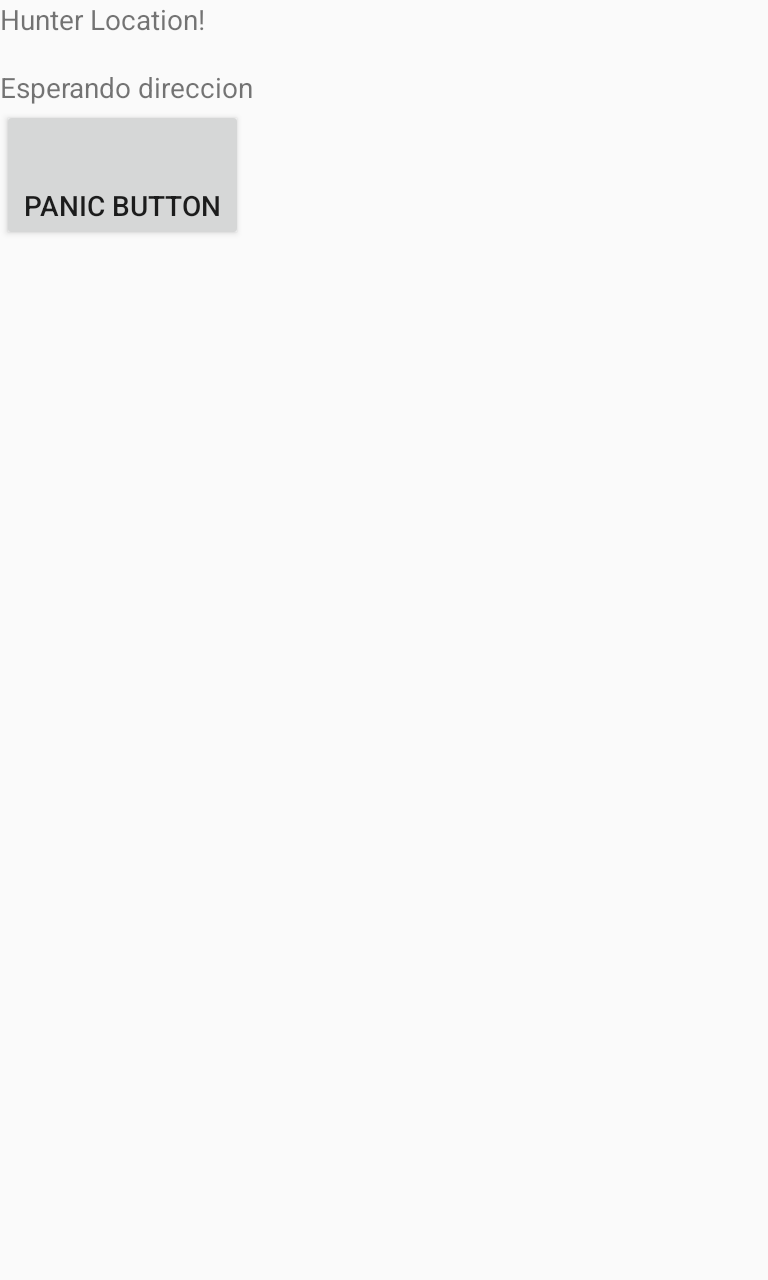
Repository: aludena18/android_apps
Layout: AlarmServiceLocation/res/layout/activity_main.xml
These files come from the project's save history. The layout is drawn as it stood at one moment and after the next save; the edit follows.
It is drawn on a 768 x 1280 px phone screen (xhdpi) without system bars, with theme AppTheme; the app's code is not run.

Above is the layout before, as saved 2015-07-16 21:34:12.

After the next save:
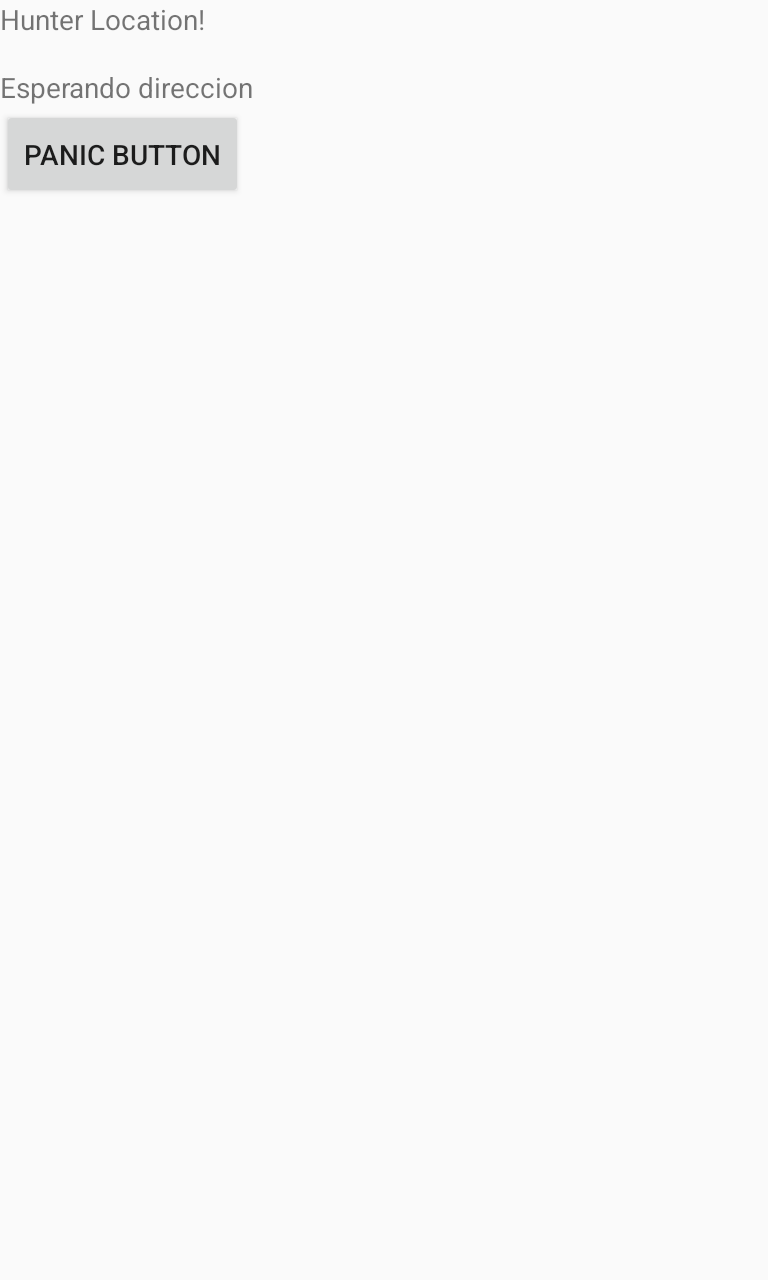
Saved 16 s later.
--- a/AlarmServiceLocation/res/layout/activity_main.xml
+++ b/AlarmServiceLocation/res/layout/activity_main.xml
@@ -26,7 +26,6 @@
 
     <Button
         android:id="@+id/btnPanic"
-        android:paddingTop="40dp"
         android:layout_width="wrap_content"
         android:layout_height="wrap_content"
         android:text="@string/etqBtnPanic" />
